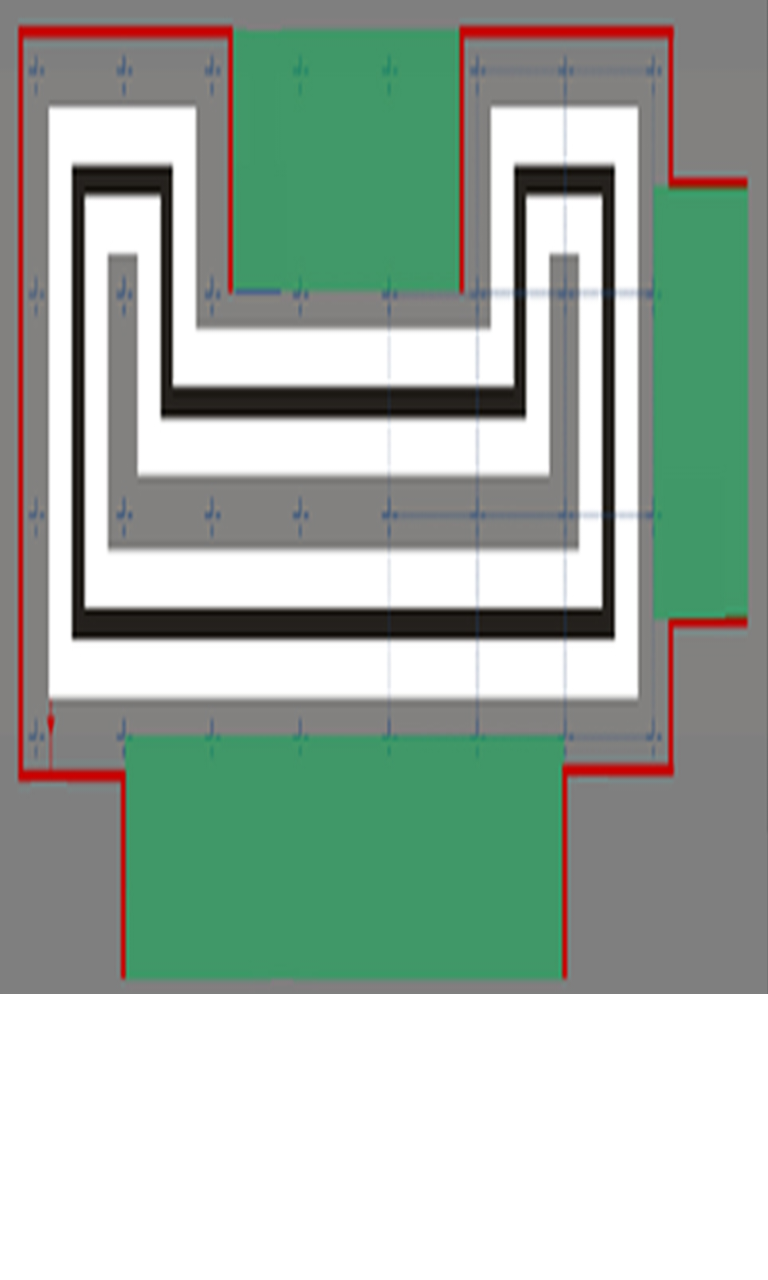
Repository: VietPhamTuyen/HSAMR_HMI_Viet
Layout: NXT/NXT Fernsteuerung/res/layout/fragment_side_pane2l.xml
The author's editor kept a copy of each file at every save. The layout is drawn from the files as they stood at one save, then again after the next save.
It is drawn on a 768 x 1280 px phone screen (xhdpi) without system bars, with theme AppTheme; the app's code is not run.

Above is the layout before, as saved 2014-11-15 11:41:32.

### NXT/NXT Fernsteuerung/res/layout/fragment_side_pane2l.xml
<?xml version="1.0" encoding="utf-8"?>
<RelativeLayout xmlns:android="http://schemas.android.com/apk/res/android"
    android:layout_width="match_parent"
    android:layout_height="match_parent"
    android:orientation="horizontal"  >

    <Button
        android:id="@+id/portraitbutton"
        android:layout_width="wrap_content"
        android:layout_height="wrap_content"
        android:layout_alignParentRight="true"
        android:layout_alignParentTop="true"
        android:onClick="PortraitButton"
        android:text="@string/portraitButton" />

    <ImageView
        android:id="@+id/imageView1"
        android:layout_width="wrap_content"
        android:layout_height="wrap_content"
        android:layout_alignParentLeft="true"
        android:adjustViewBounds="false"
        android:baselineAlignBottom="false"
        android:cropToPadding="true"
        android:scaleType="fitXY"
        android:src="@drawable/map_hor_v1_2" />

</RelativeLayout>

### NXT/NXT Fernsteuerung/res/values/strings.xml
<resources>
    <string name="app_name">RCTestapp</string>
    <string name="menu_settings">Settings</string>
    <string name="title_activity_main">RCTestapp</string>
    <string name="title_activity_position_visualization">PositionVisualization</string>
    <string name="x_Value">x:</string>
    <string name="y_Value">y:</string>
    <string name="title_paired_devices">Paired devices</string>
	<string name="title_other_devices">Other devices</string>
	<string name="title_activity_bluetooth">Bluetooth</string>
	<string name="setupBluetooth">Connect</string>
	<string name="text_scan_bt_devices">Scan for devices</string>
	<string name="bt_adapter_available">Bluetooth adapter available</string>
	<string name="toggle_text_pause">SCOUT</string>
	<string name="toggle_text_scout">SCOUT</string>
	<string name="togglebutton">ToggleButton</string>
	<string name="textview_status">Status:</string>
	<string name="angle_Value">Angle:</string>
	<string name="distance_front_value">dist front:</string>
	<string name="distance_front_side_value">dist front (side):</string>
	<string name="distance_back_value">dist back:</string>
	<string name="distance_back_side_value">dist back (side):</string>
	<string name="bluetooth_label">Bluetooth:</string>
	<string name="disconnetButton">Disconnect</string>
	<string name="landscapeButton">Landscape</string>
	<string name="portraitButton">Portrait</string>
	<string name="bt_connect_hint">Please select a Robot from the list. Make sure it has been paired, is within bluetooth reach and has been set to connect mode.</string>
</resources>

Loaded but not shown: NXT/NXT Fernsteuerung/res/values-v11/styles.xml (common file); NXT/NXT Fernsteuerung/res/values-v14/styles.xml (common file); NXT/NXT Fernsteuerung/res/values/styles.xml (common file)

After the next save:
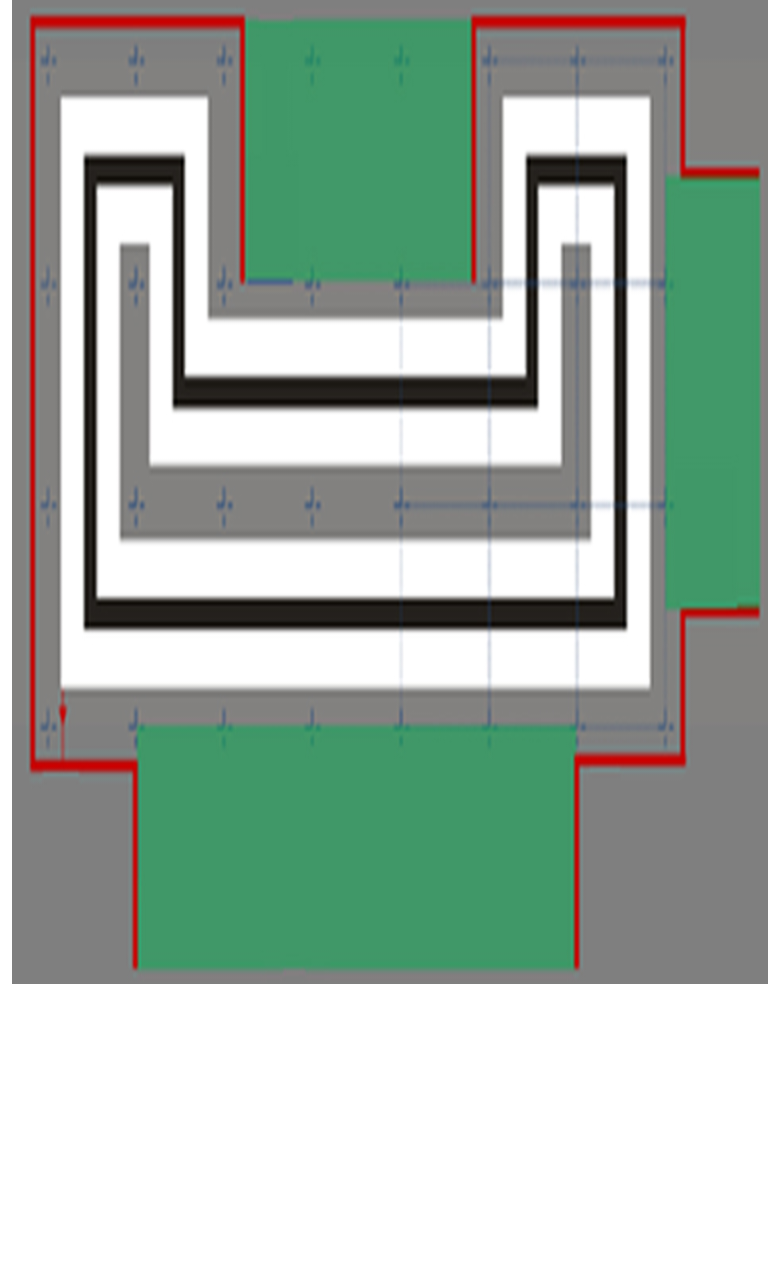
Saved 7 min 12 s later.
--- a/NXT/NXT Fernsteuerung/res/layout/fragment_side_pane2l.xml
+++ b/NXT/NXT Fernsteuerung/res/layout/fragment_side_pane2l.xml
@@ -1,27 +1,27 @@
 <?xml version="1.0" encoding="utf-8"?>
-<RelativeLayout xmlns:android="http://schemas.android.com/apk/res/android"
+<AbsoluteLayout xmlns:android="http://schemas.android.com/apk/res/android"
     android:layout_width="match_parent"
     android:layout_height="match_parent"
-    android:orientation="horizontal"  >
+    android:orientation="horizontal" >
 
-    <Button
-        android:id="@+id/portraitbutton"
-        android:layout_width="wrap_content"
-        android:layout_height="wrap_content"
-        android:layout_alignParentRight="true"
-        android:layout_alignParentTop="true"
-        android:onClick="PortraitButton"
-        android:text="@string/portraitButton" />
+<ImageView
+    android:id="@+id/imageView1"
+    android:layout_width="wrap_content"
+    android:layout_height="wrap_content"
+    android:layout_x="6dp"
+    android:layout_y="-5dp"
+    android:adjustViewBounds="false"
+    android:baselineAlignBottom="false"
+    android:cropToPadding="true"
+    android:scaleType="fitXY"
+    android:src="@drawable/map_hor_v1_2" />
 
-    <ImageView
-        android:id="@+id/imageView1"
-        android:layout_width="wrap_content"
-        android:layout_height="wrap_content"
-        android:layout_alignParentLeft="true"
-        android:adjustViewBounds="false"
-        android:baselineAlignBottom="false"
-        android:cropToPadding="true"
-        android:scaleType="fitXY"
-        android:src="@drawable/map_hor_v1_2" />
 
-</RelativeLayout>
+<Button
+    android:id="@+id/portraitbutton"
+    android:layout_width="wrap_content"
+    android:layout_height="wrap_content"
+    android:layout_x="947dp"
+    android:layout_y="3dp"
+    android:onClick="PortraitButton"
+    android:text="@string/portraitButton" />

After the save that followed:
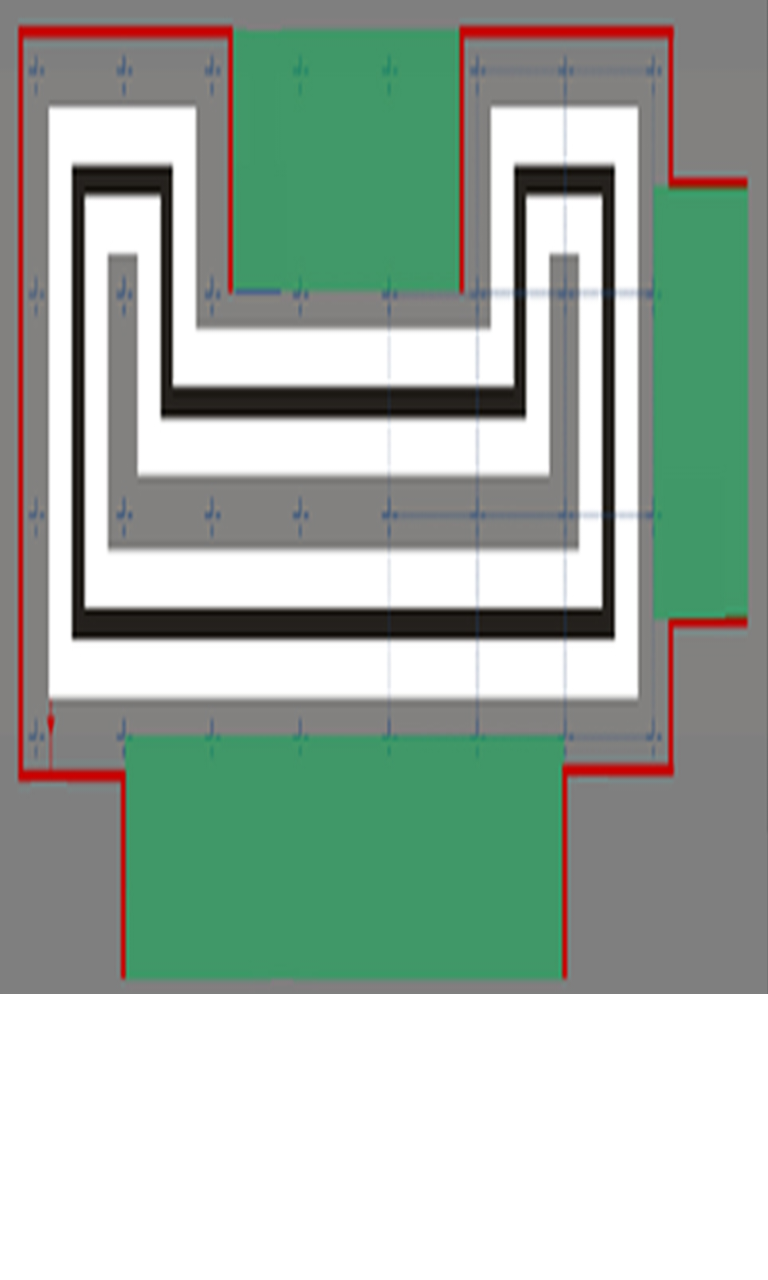
Saved 50 s later.
--- a/NXT/NXT Fernsteuerung/res/layout/fragment_side_pane2l.xml
+++ b/NXT/NXT Fernsteuerung/res/layout/fragment_side_pane2l.xml
@@ -1,27 +1,28 @@
 <?xml version="1.0" encoding="utf-8"?>
-<AbsoluteLayout xmlns:android="http://schemas.android.com/apk/res/android"
+<AbsoluteLayout  xmlns:android="http://schemas.android.com/apk/res/android"
     android:layout_width="match_parent"
     android:layout_height="match_parent"
     android:orientation="horizontal" >
 
-<ImageView
-    android:id="@+id/imageView1"
-    android:layout_width="wrap_content"
-    android:layout_height="wrap_content"
-    android:layout_x="6dp"
-    android:layout_y="-5dp"
-    android:adjustViewBounds="false"
-    android:baselineAlignBottom="false"
-    android:cropToPadding="true"
-    android:scaleType="fitXY"
-    android:src="@drawable/map_hor_v1_2" />
+    <Button
+        android:id="@+id/portraitbutton"
+        android:layout_width="wrap_content"
+        android:layout_height="wrap_content"
+        android:layout_alignParentRight="true"
+        android:layout_alignParentTop="true"
+        android:onClick="PortraitButton"
+        android:text="@string/portraitButton" />
 
+    <ImageView
+        android:id="@+id/imageView1"
+        android:layout_width="wrap_content"
+        android:layout_height="wrap_content"
+        android:layout_alignParentTop="true"
+        android:layout_centerHorizontal="true"
+        android:adjustViewBounds="false"
+        android:baselineAlignBottom="false"
+        android:cropToPadding="true"
+        android:scaleType="fitXY"
+        android:src="@drawable/map_hor_v1_2" />
 
-<Button
-    android:id="@+id/portraitbutton"
-    android:layout_width="wrap_content"
-    android:layout_height="wrap_content"
-    android:layout_x="947dp"
-    android:layout_y="3dp"
-    android:onClick="PortraitButton"
-    android:text="@string/portraitButton" />
+</AbsoluteLayout>
